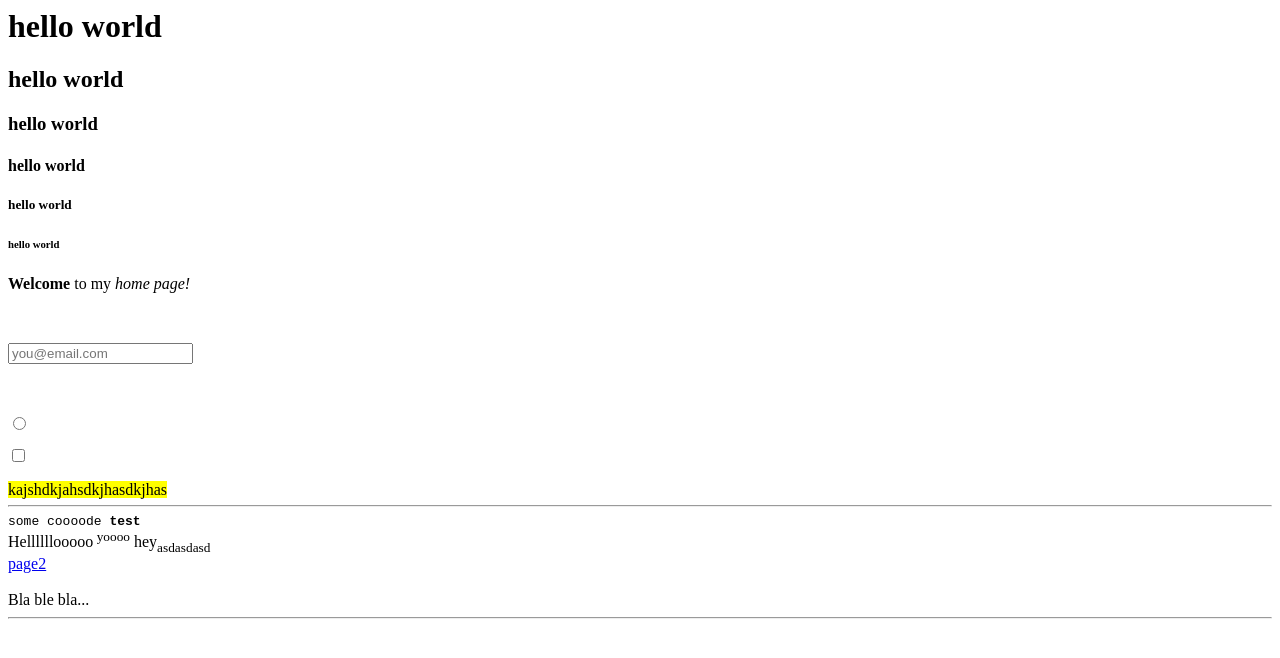
Repository: maltskan/maltskan.github.io
Page: index.html
The author's editor kept a record of every edit. The page is drawn from the files as they stood at one moment, then again after the next edit.
The browser window is 1280 px wide. The pictures show the whole page.

Above is the page before.

### index.html
<html>
        <head>
            <title>HEllo World!</title>

        </head>

        <body>


            <h1>hello world</h1>
            <h2>hello world</h2>
            <h3>hello world</h3>
            <h4>hello world</h4>
            <h5>hello world</h5>
            <h6>hello world</h6>
            <p><strong>Welcome</strong> to my <em>home page!</em> </p>
            <br>
            <p><input type= "text" placeholder="you@email.com" >    </p>
            <br>
            <p><input type="radio"></p>
            <p><input type="checkbox"></p>
            <mark>kajshdkjahsdkjhasdkjhas</mark>
            <br>
            <code><hr>some coooode <strong>test</strong></code>
            <br>
            Hellllllooooo<sup> yoooo</sup>
            hey<sub>asdasdasd</sub>

            <br>
                <a href="firstproject/page2.html">page2</a>
            <br>
            <br>

            Bla ble bla...
            <hr>
        </body>
</html>

After the next edit:
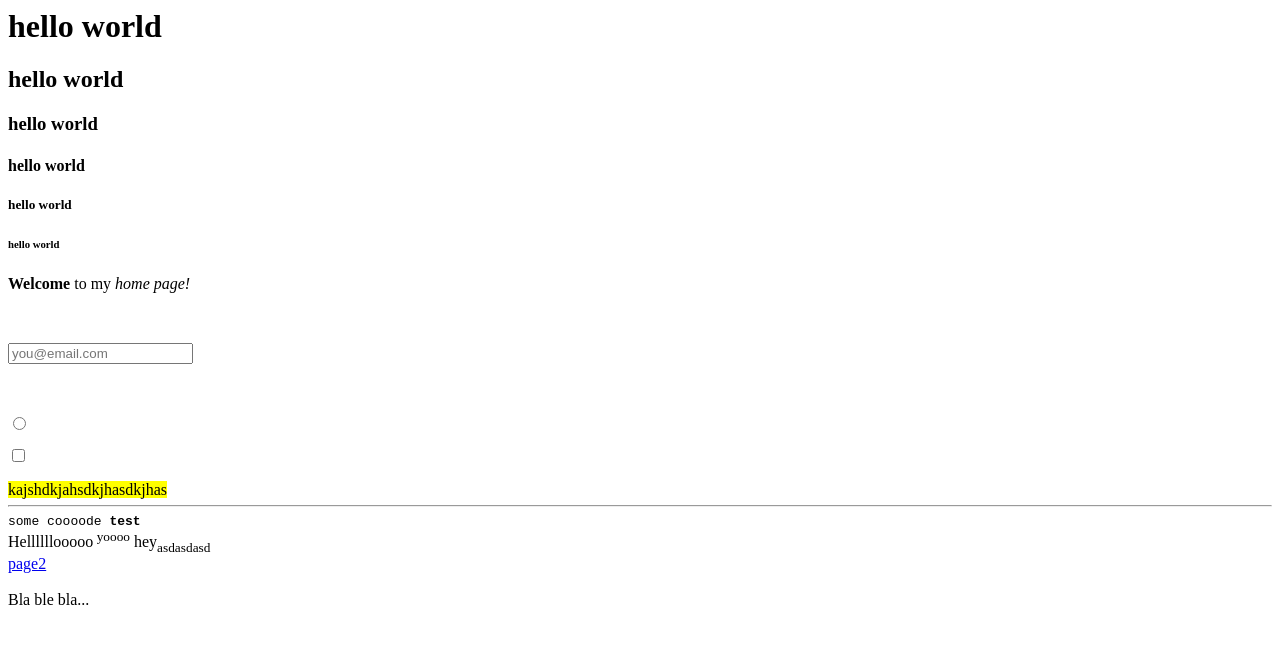
The edit:
--- a/index.html
+++ b/index.html
@@ -32,6 +32,6 @@
             <br>
 
             Bla ble bla...
-            <hr>
+            </hr>
         </body>
 </html>
